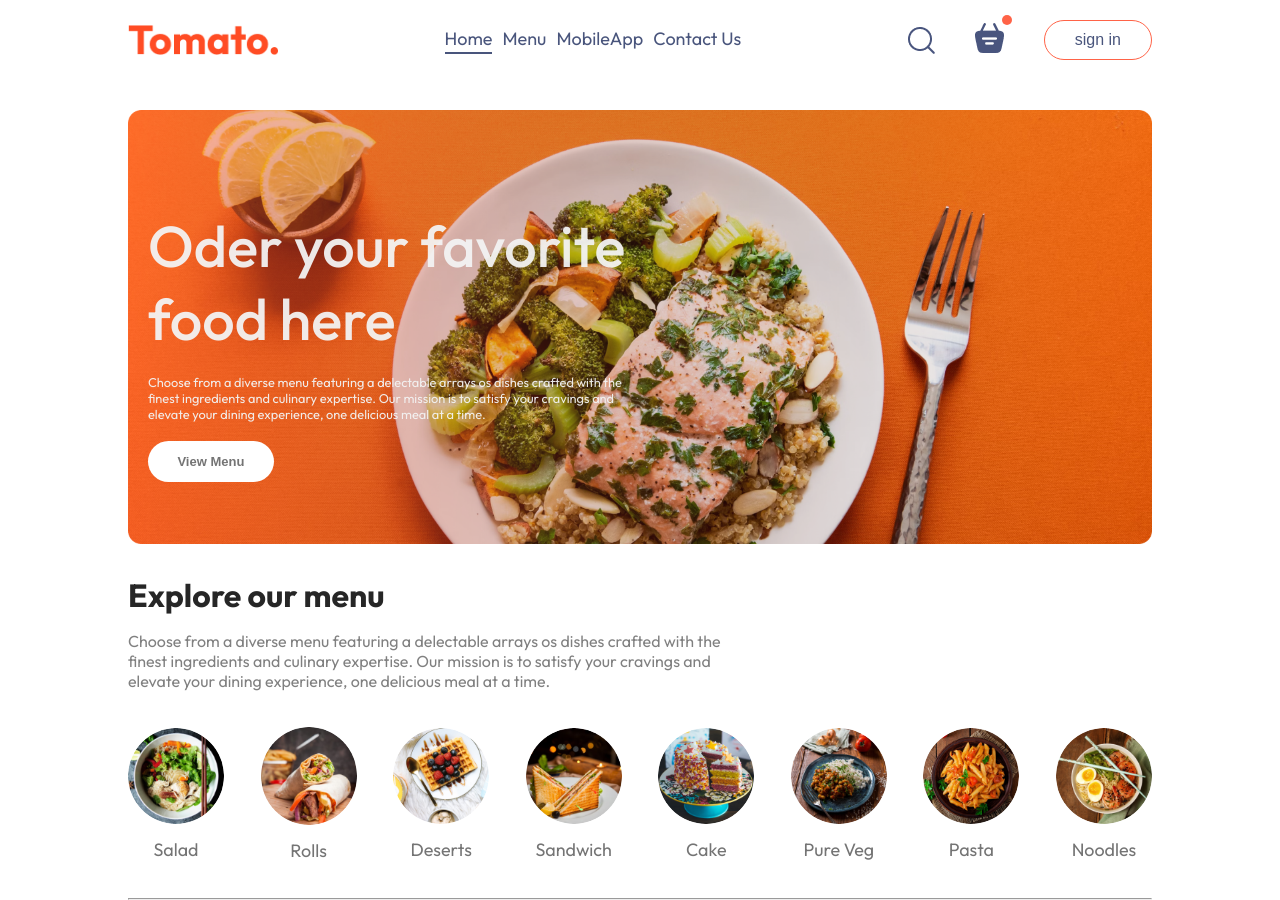
Repository: guilhermecardoso93/tomato-front-end
Page: /
An editor plug-in stored every save of this project. The page is shown before and after the next save, followed by the edit.
The browser window is 1280 px wide. The pictures show the whole page.
The project was rebuilt for these pictures with package versions that can differ from the ones it lists, and the page was loaded fresh each time. Also part of the build but not shown: vite.config.js, src/pages/Cart/styles.css, src/pages/Cart/index.jsx, src/pages/PlaceOrder/styles.css, src/pages/PlaceOrder/index.jsx, src/components/FoodDisplay/styles.css.

Above is the page before, as saved 2024-10-30 19:05:39.

### index.html
<!doctype html>
<html lang="en">

<head>
    <meta charset="UTF-8" />
    <link rel="icon" type="image/svg+xml" href="" />
    <link rel="preconnect" href="https://fonts.googleapis.com">
    <link rel="preconnect" href="https://fonts.gstatic.com" crossorigin>
    <link href="https://fonts.googleapis.com/css2?family=Inter:ital,opsz,wght@0,14..32,100..900;1,14..32,100..900&family=Outfit:wght@100..900&display=swap" rel="stylesheet">
    <meta name="viewport" content="width=device-width, initial-scale=1.0" />
    <title>Tomato</title>
</head>

<body>
    <div id="root"></div>
    <script type="module" src="/src/main.jsx"></script>
</body>

</html>

### src/main.jsx
import { StrictMode } from "react";
import { createRoot } from "react-dom/client";
import "./index.css";
import { App } from "./App.jsx";
import { BrowserRouter } from "react-router-dom";
import StoreContextProvider from "./context/StoreContext.jsx";

createRoot(document.getElementById("root")).render(
  <BrowserRouter>
    <StoreContextProvider>
      <App />
    </StoreContextProvider>
  </BrowserRouter>
);

### src/index.css
* {
  padding: 0;
  margin: 0;
  box-sizing: border-box;
}

body {
  min-height: 100vh;
  font-family: "Outfit", sans-serif;
}

a {
  text-decoration: none;
  color: inherit;
}

.app {
  width: 80%;
  margin: auto;
}

@keyframes fadeIn {
  0% {
    opacity: 0;
  }

  100% {
    opacity: 1;
  }
}

### src/App.jsx
import { Routes, Route } from "react-router-dom";
import { Navbar } from "./components/Navbar";

import { Home } from "./pages/Home";
import { Cart } from "./pages/Cart";
import { PlaceOrder } from "./pages/PlaceOrder";

export function App() {
  return (
    <div className="app">
      <Navbar />
      <Routes>
        <Route path="/" element={<Home />} />
        <Route path="/cart" element={<Cart />} />
        <Route path="/order" element={<PlaceOrder />} />
      </Routes>
    </div>
  );
}

### src/context/StoreContext.jsx
import { createContext } from "react";
import { food_list } from "../assets/assets";

export const StoreContext = createContext(null);

const StoreContextProvider = (props) => {
  const contextValue = {
    food_list,
  };

  return (
    <StoreContext.Provider value={contextValue}>
      {props.children}
    </StoreContext.Provider>
  );
};

export default StoreContextProvider;

### src/components/Navbar/index.jsx
import { useState } from "react";
import { assets } from "../../assets/assets";
import "./styles.css";

export const Navbar = () => {
  const [menu, setMenu] = useState("Home");

  return (
    <div className="navbar">
      <img src={assets.logo} alt="Logo" className="logo" />
      <ul className="navbar-menu">
        <li
          onClick={() => setMenu("Home")}
          className={menu === "Home" ? "active" : ""}
        >
          Home
        </li>
        <li
          onClick={() => setMenu("Menu")}
          className={menu === "Menu" ? "active" : ""}
        >
          Menu
        </li>
        <li
          onClick={() => setMenu("MobileApp")}
          className={menu === "MobileApp" ? "active" : ""}
        >
          MobileApp
        </li>
        <li
          onClick={() => setMenu("Contact Us")}
          className={menu === "Contact Us" ? "active" : ""}
        >
          Contact Us
        </li>
      </ul>
      <div className="navbar-right">
        <img src={assets.search_icon} alt="" />
        <div className="navbar-search-icon">
          <img src={assets.basket_icon} alt="" />
          <div className="dot"></div>
        </div>
        <button>sign in</button>
      </div>
    </div>
  );
};

### src/pages/Home/index.jsx
import { useState } from "react";
import { ExplorerMenu } from "../../components/ExplorerMenu";
import { Header } from "../../components/Header";
import "./styles.css";

export const Home = () => {
  const [category, setCategory] = useState("All");

  return (
    <div>
      <Header />
      <ExplorerMenu category={category} setCategory={setCategory}/>
    </div>
  );
};

### src/assets/assets.js
import basket_icon from './icons/basket_icon.png'
import logo from './logo.png'
import header_img from './header_img.png'
import search_icon from './icons/search_icon.png'
import menu_1 from './menu/menu_1.png'
import menu_2 from './menu/menu_2.png'
import menu_3 from './menu/menu_3.png'
import menu_4 from './menu/menu_4.png'
import menu_5 from './menu/menu_5.png'
import menu_6 from './menu/menu_6.png'
import menu_7 from './menu/menu_7.png'
import menu_8 from './menu/menu_8.png'

import food_1 from './food/food_1.png'
import food_2 from './food/food_2.png'
import food_3 from './food/food_3.png'
import food_4 from './food/food_4.png'
import food_5 from './food/food_5.png'
import food_6 from './food/food_6.png'
import food_7 from './food/food_7.png'
import food_8 from './food/food_8.png'
import food_9 from './food/food_9.png'
import food_10 from './food/food_10.png'
import food_11 from './food/food_11.png'
import food_12 from './food/food_12.png'
import food_13 from './food/food_13.png'
import food_14 from './food/food_14.png'
import food_15 from './food/food_15.png'
import food_16 from './food/food_16.png'
import food_17 from './food/food_17.png'
import food_18 from './food/food_18.png'
import food_19 from './food/food_19.png'
import food_20 from './food/food_20.png'
import food_21 from './food/food_21.png'
import food_22 from './food/food_22.png'
import food_23 from './food/food_23.png'
import food_24 from './food/food_24.png'
import food_25 from './food/food_25.png'
import food_26 from './food/food_26.png'
import food_27 from './food/food_27.png'
import food_28 from './food/food_28.png'
import food_29 from './food/food_29.png'
import food_30 from './food/food_30.png'
import food_31 from './food/food_31.png'
import food_32 from './food/food_32.png'

import add_icon_white from './icons/add_icon_white.png'
import add_icon_green from './icons/add_icon_green.png'
import remove_icon_red from './icons/remove_icon_red.png'
import app_store from './icons/app_store.png'
import play_store from './icons/play_store.png'
import linkedin_icon from './icons/linkedin_icon.png'
import facebook_icon from './icons/facebook_icon.png'
import twitter_icon from './icons/twitter_icon.png'
import cross_icon from './icons/cross_icon.png'
import selector_icon from './icons/selector_icon.png'
import rating_starts from './icons/rating_starts.png'
import profile_icon from './icons/profile_icon.png'
import bag_icon from './icons/bag_icon.png'
import logout_icon from './icons/logout_icon.png'
import parcel_icon from './icons/parcel_icon.png'

export const assets = {
    logo,
    basket_icon,
    header_img,
    search_icon,
    rating_starts,
    add_icon_green,
    add_icon_white,
    remove_icon_red,
    app_store,
    play_store,
    linkedin_icon,
    facebook_icon,
    twitter_icon,
    cross_icon,
    selector_icon,
    profile_icon,
    logout_icon,
    bag_icon,
    parcel_icon
}

export const menu_list = [
    {
        menu_name: "Salad",
        menu_image: menu_1
    },
    {
        menu_name: "Rolls",
        menu_image: menu_2
    },
    {
        menu_name: "Deserts",
        menu_image: menu_3
    },
    {
        menu_name: "Sandwich",
        menu_image: menu_4
    },
    {
        menu_name: "Cake",
        menu_image: menu_5
    },
    {
        menu_name: "Pure Veg",
        menu_image: menu_6
    },
    {
        menu_name: "Pasta",
        menu_image: menu_7
    },
    {
        menu_name: "Noodles",
        menu_image: menu_8
    }]

export const food_list = [
    {
        _id: "1",
        name: "Greek salad",
        image: food_1,
        price: 12,
        description: "Food provides essential nutrients for overall health and well-being",
        category: "Salad"
    },
    {
        _id: "2",
        name: "Veg salad",
        image: food_2,
        price: 18,
        description: "Food provides essential nutrients for overall health and well-being",
        category: "Salad"
    }, {
        _id: "3",
        name: "Clover Salad",
        image: food_3,
        price: 16,
        description: "Food provides essential nutrients for overall health and well-being",
        category: "Salad"
    }, {
        _id: "4",
        name: "Chicken Salad",
        image: food_4,
        price: 24,
        description: "Food provides essential nutrients for overall health and well-being",
        category: "Salad"
    }, {
        _id: "5",
        name: "Lasagna Rolls",
        image: food_5,
        price: 14,
        description: "Food provides essential nutrients for overall health and well-being",
        category: "Rolls"
    }, {
        _id: "6",
        name: "Peri Peri Rolls",
        image: food_6,
        price: 12,
        description: "Food provides essential nutrients for overall health and well-being",
        category: "Rolls"
    }, {
        _id: "7",
        name: "Chicken Rolls",
        image: food_7,
        price: 20,
        description: "Food provides essential nutrients for overall health and well-being",
        category: "Rolls"
    }, {
        _id: "8",
        name: "Veg Rolls",
        image: food_8,
        price: 15,
        description: "Food provides essential nutrients for overall health and well-being",
        category: "Rolls"
    }, {
        _id: "9",
        name: "Ripple Ice Cream",
        image: food_9,
        price: 14,
        description: "Food provides essential nutrients for overall health and well-being",
        category: "Deserts"
    }, {
        _id: "10",
        name: "Fruit Ice Cream",
        image: food_10,
        price: 22,
        description: "Food provides essential nutrients for overall health and well-being",
        category: "Deserts"
    }, {
        _id: "11",
        name: "Jar Ice Cream",
        image: food_11,
        price: 10,
        description: "Food provides essential nutrients for overall health and well-being",
        category: "Deserts"
    }, {
        _id: "12",
        name: "Vanilla Ice Cream",
        image: food_12,
        price: 12,
        description: "Food provides essential nutrients for overall health and well-being",
        category: "Deserts"
    },
    {
        _id: "13",
        name: "Chicken Sandwich",
        image: food_13,
        price: 12,
        description: "Food provides essential nutrients for overall health and well-being",
        category: "Sandwich"
    },
    {
        _id: "14",
        name: "Vegan Sandwich",
        image: food_14,
        price: 18,
        description: "Food provides essential nutrients for overall health and well-being",
        category: "Sandwich"
    }, {
        _id: "15",
        name: "Grilled Sandwich",
        image: food_15,
        price: 16,
        description: "Food provides essential nutrients for overall health and well-being",
        category: "Sandwich"
    }, {
        _id: "16",
        name: "Bread Sandwich",
        image: food_16,
        price: 24,
        description: "Food provides essential nutrients for overall health and well-being",
        category: "Sandwich"
    }, {
        _id: "17",
        name: "Cup Cake",
        image: food_17,
        price: 14,
        description: "Food provides essential nutrients for overall health and well-being",
        category: "Cake"
    }, {
        _id: "18",
        name: "Vegan Cake",
        image: food_18,
        price: 12,
        description: "Food provides essential nutrients for overall health and well-being",
        category: "Cake"
    }, {
        _id: "19",
        name: "Butterscotch Cake",
        image: food_19,
        price: 20,
        description: "Food provides essential nutrients for overall health and well-being",
        category: "Cake"
    }, {
        _id: "20",
        name: "Sliced Cake",
        image: food_20,
        price: 15,
        description: "Food provides essential nutrients for overall health and well-being",
        category: "Cake"
    }, {
        _id: "21",
        name: "Garlic Mushroom ",
        image: food_21,
        price: 14,
        description: "Food provides essential nutrients for overall health and well-being",
        category: "Pure Veg"
    }, {
        _id: "22",
        name: "Fried Cauliflower",
        image: food_22,
        price: 22,
        description: "Food provides essential nutrients for overall health and well-being",
        category: "Pure Veg"
    }, {
        _id: "23",
        name: "Mix Veg Pulao",
        image: food_23,
        price: 10,
        description: "Food provides essential nutrients for overall health and well-being",
        category: "Pure Veg"
    }, {
        _id: "24",
        name: "Rice Zucchini",
        image: food_24,
        price: 12,
        description: "Food provides essential nutrients for overall health and well-being",
        category: "Pure Veg"
    },
    {
        _id: "25",
        name: "Cheese Pasta",
        image: food_25,
        price: 12,
        description: "Food provides essential nutrients for overall health and well-being",
        category: "Pasta"
    },
    {
        _id: "26",
        name: "Tomato Pasta",
        image: food_26,
        price: 18,
        description: "Food provides essential nutrients for overall health and well-being",
        category: "Pasta"
    }, {
        _id: "27",
        name: "Creamy Pasta",
        image: food_27,
        price: 16,
        description: "Food provides essential nutrients for overall health and well-being",
        category: "Pasta"
    }, {
        _id: "28",
        name: "Chicken Pasta",
        image: food_28,
        price: 24,
        description: "Food provides essential nutrients for overall health and well-being",
        category: "Pasta"
    }, {
        _id: "29",
        name: "Buttter Noodles",
        image: food_29,
        price: 14,
        description: "Food provides essential nutrients for overall health and well-being",
        category: "Noodles"
    }, {
        _id: "30",
        name: "Veg Noodles",
        image: food_30,
        price: 12,
        description: "Food provides essential nutrients for overall health and well-being",
        category: "Noodles"
    }, {
        _id: "31",
        name: "Somen Noodles",
        image: food_31,
        price: 20,
        description: "Food provides essential nutrients for overall health and well-being",
        category: "Noodles"
    }, {
        _id: "32",
        name: "Cooked Noodles",
        image: food_32,
        price: 15,
        description: "Food provides essential nutrients for overall health and well-being",
        category: "Noodles"
    }
]

### src/components/Navbar/styles.css
.navbar {
  padding: 20px 0;
  display: flex;
  justify-content: space-between;
  align-items: center;
}

.navbar .logo {
  width: 150px;
}

.navbar-menu {
  display: flex;
  list-style: none;
  gap: 10px;
  color: #49557c;
  font-size: 18px;
}

.navbar li {
  cursor: pointer
}

.navbar-right {
  display: flex;
  align-items: center;
  gap: 40px;
}

.navbar button {
  background: transparent;
  font-size: 16px;
  color: #49557c;
  border: 1px solid tomato;
  padding: 10px 30px;
  border-radius: 50px;
  cursor: pointer;
  transition: 0.3s;
}

.navbar button:hover {
  background: #fff4f2;
}

.navbar .active {
  padding-bottom: 2px;
  border-bottom: 2px solid #49557c;
}

.navbar-search-icon {
  position: relative;
}

.navbar-search-icon .dot {
  position: absolute;
  min-height: 10px;
  min-width: 10px;
  background-color: tomato;
  border-radius:  5px;
  top: -8px;
  right: -8px;
}

### src/components/ExplorerMenu/index.jsx
import { menu_list } from "../../assets/assets";

import "./styles.css";

export const ExplorerMenu = ({ category, setCategory }) => {
  return (
    <div className="explorer-menu" id="explore-menu">
      <h1>Explore our menu</h1>
      <p className="explore-menu-text">
        Choose from a diverse menu featuring a delectable arrays os dishes
        crafted with the finest ingredients and culinary expertise. Our mission
        is to satisfy your cravings and elevate your dining experience, one
        delicious meal at a time.
      </p>
      <div className="explore-menu-list">
        {menu_list.map((item, index) => {
          return (
            <div
              className="explore-menu-list-item"
              key={index}
              onClick={() =>
                setCategory((prev) =>
                  prev === item.menu_name ? "All" : item.menu_name
                )
              }
            >
              <img
                src={item.menu_image}
                alt=""
                className={category === item.menu_name ? "active" : ""}
              />
              <p className={category === item.menu_name ? "active-text" : ""}>
                {item.menu_name}
              </p>
            </div>
          );
        })}
      </div>
      <hr />
    </div>
  );
};

### src/components/Header/index.jsx
import "./styles.css";

export const Header = () => {
  return (
    <div className="header">
      <div className="header-container">
        <h2>Oder your favorite food here</h2>
        <p>
          Choose from a diverse menu featuring a delectable arrays os dishes
          crafted with the finest ingredients and culinary expertise. Our
          mission is to satisfy your cravings and elevate your dining
          experience, one delicious meal at a time.
        </p>
        <button> View Menu</button>
      </div>
    </div>
  );
};

### src/components/ExplorerMenu/styles.css
.explorer-menu {
  display: flex;
  flex-direction: column;
  gap: 1rem;
}

.explorer-menu h1 {
  color: #262626;
  font-size: 500;
}

.explore-menu-text {
  max-width: 60%;
  color: #808080;
}

.explore-menu-list {
  display: flex;
  justify-content: space-between;
  align-items: center;
  gap: 30px;
  text-align: center;
  margin: 20px 0px;
  overflow-x: scroll;
}

.explore-menu-list::-webkit-scrollbar {
  display: none;
}

.explore-menu-list img {
  width: 7.5vw;
  min-width: 80px;
  cursor: pointer;
  border-radius: 50%;
  transition: 0.2s;
}

.explore-menu-list p {
  margin-top: 10px;
  color: #747474;
  font-size: max(1.4vw, 16px);
  cursor: pointer;
}

.explore-menu hr {
  margin: 10px 0px;
  height: 2px;
  background: #e2e2e2;
  border: none;
}

.explore-menu-list .active {
  border: 4px solid tomato;
  padding: 2px;
}

.explore-menu-list .active-text {
  color: tomato;
}

### src/components/Header/styles.css
.header {
  height: 34vw;
  margin: 30px auto;
  background: url('../../assets/header_img.png') no-repeat;
  background-size: contain;
  position: relative;
}



.header-container {
  position: absolute;
  display: flex;
  flex-direction: column;
  align-items: start;
  padding: 20px;
  gap: 1.5vw;
  max-width: 52%;
  bottom: 10%;
  animation: fadeIn 3s;
}


.header-container h2 {
  font-weight: 500;
  color: #f2f2f2f2;
  font-size: max(4.5vw, 22px);
}


.header-container p {
  color: #f2f2f2f2;
  font-size: 1vw;
}


.header-container button {
  border: none;
  color: #747474;
  font-weight: 700;
  padding: 1vw 2.3vw;
  background: white;
  font-size: max(1vw, 13px);
  border-radius: 50px;
}

### src/components/FoodDisplay/Index.jsx
import { useContext } from "react";
import { StoreContext } from "../../context/StoreContext";
import "./styles.css";

export const FoodDisplay = () => {
  const { food_list } = useContext(StoreContext);

  return (
    <div className="food-display" id="food-display">
      <h2>Top Dishes near you</h2>
    </div>
  );
};

Loaded but not shown: src/pages/Home/styles.css (no stored copy; drawn as an empty file)

After the next save:
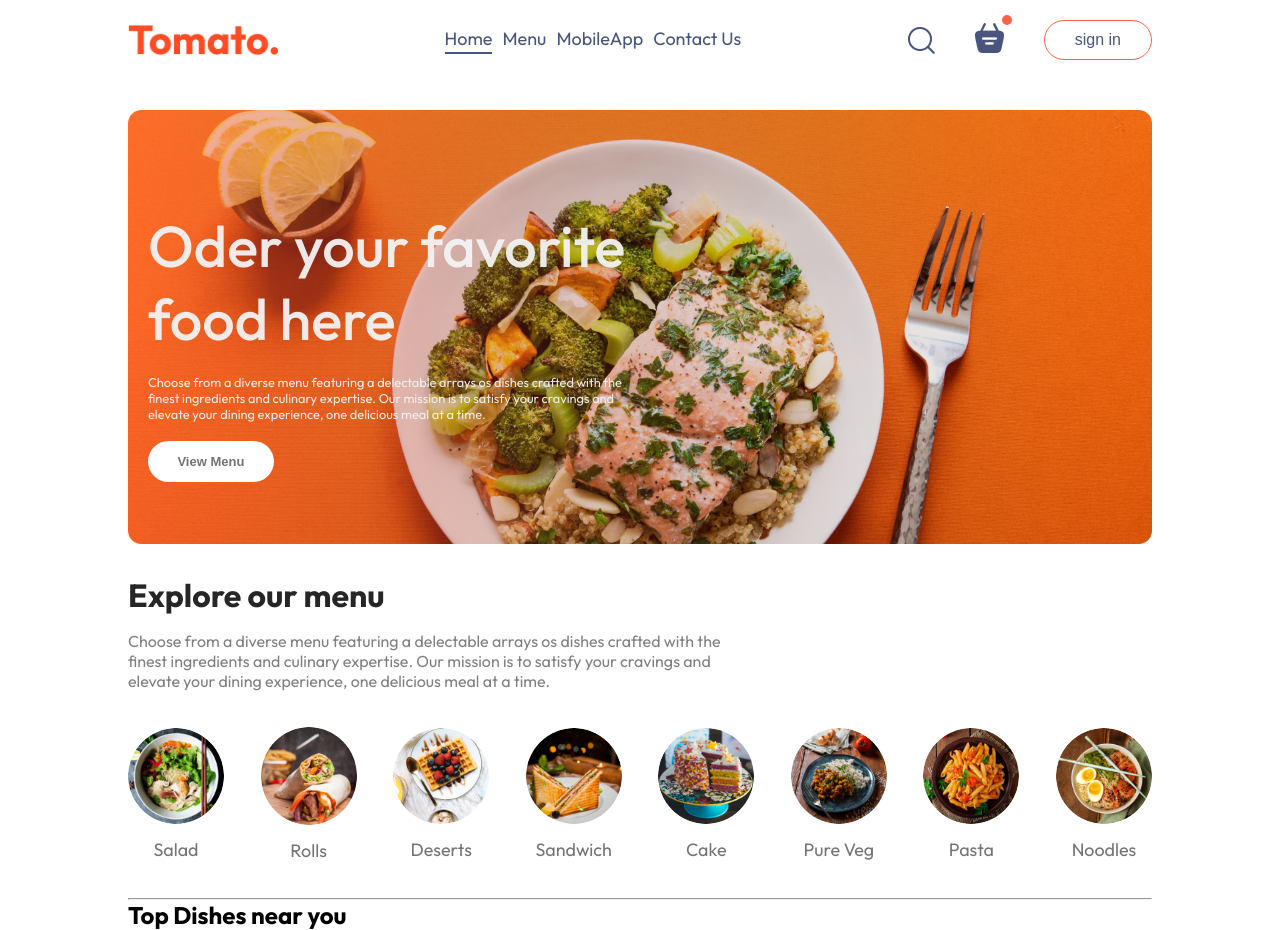
Saved 13 s later.
--- a/src/pages/Home/index.jsx
+++ b/src/pages/Home/index.jsx
@@ -2,6 +2,7 @@ import { useState } from "react";
 import { ExplorerMenu } from "../../components/ExplorerMenu";
 import { Header } from "../../components/Header";
 import "./styles.css";
+import { FoodDisplay } from "../../components/FoodDisplay/Index";
 
 export const Home = () => {
   const [category, setCategory] = useState("All");
@@ -10,6 +11,7 @@ export const Home = () => {
     <div>
       <Header />
       <ExplorerMenu category={category} setCategory={setCategory}/>
+      <FoodDisplay />
     </div>
   );
 };
